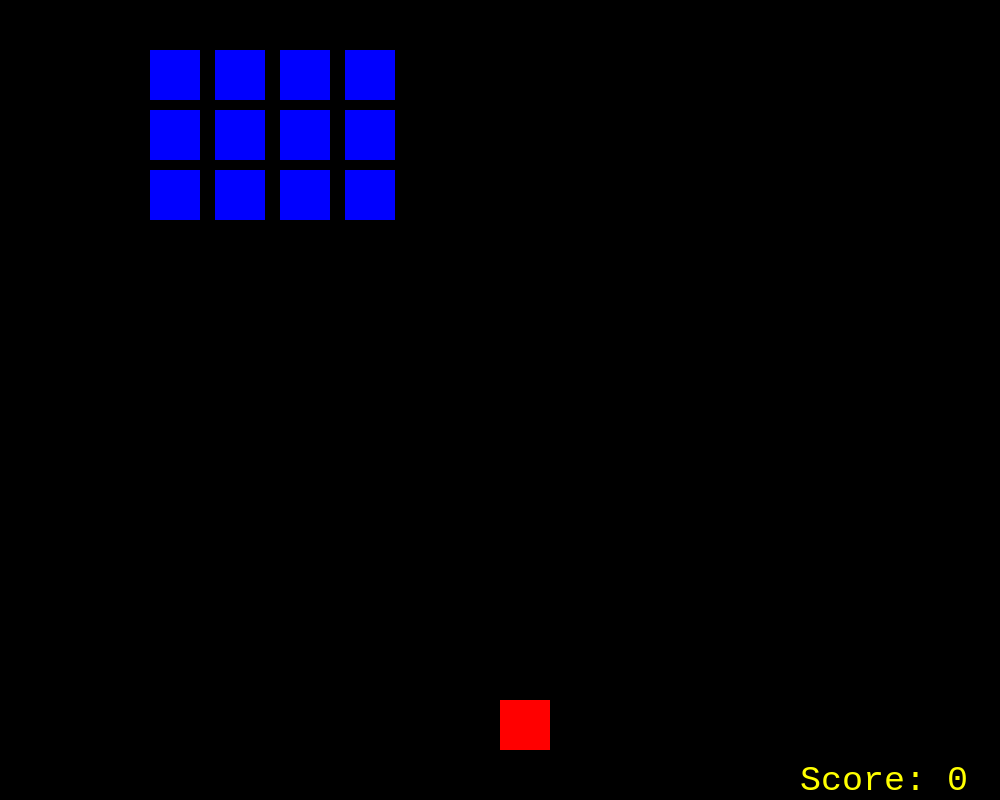
Repository: Igor-Boson/Space-Invaders-Python
Script's output: python main.py
These files come from the project's save history. The script's output is drawn as it stood at one moment and after the next save; the edit follows.
The window is shown after at most 60 frames with no key pressed. A system font it names is replaced by a similar one. Random numbers start from a fixed seed.

Above is the script's output before, as saved 2021-10-23 09:21:53.

### main.py
import sys
import pygame
from game import Game
from screen import Screen
from entity import Player
from handler import Handler

def play_game(handler):
    #initializing
    game.create_alien_matrix()
    game_over = False
    key = 0

    #running
    while not game_over:

        if handler.player.x <= 0:
            key = 0
        if handler.player.x >= (handler.screen.width - handler.player.size):
            key = 0

        #AJEITAR O PLAYER MOVEMENT PRA FICAR MAIS FLUIDO
        for event in pygame.event.get():
            if event.type == pygame.QUIT:
                sys.exit()

            if event.type == pygame.KEYDOWN:
                if event.key == pygame.K_LEFT and player.x > 0:
                    key -= 1
                if event.key == pygame.K_RIGHT and \
                   player.x < (handler.screen.width - handler.player.size):
                    key += 1
                if event.key == pygame.K_SPACE:
                    handler.game.fire()

            if event.type == pygame.KEYUP:
                if event.key == pygame.K_LEFT:
                    key = 0
                if event.key == pygame.K_RIGHT:
                    key  = 0


        game.update(key)
        screen.update_screen()

        # if game.collision_check(player):
        #     game_over = True
        #     break

if __name__ == '__main__':
    pygame.init()

    handler = Handler()

    game = Game(handler)
    screen = Screen(handler)
    player = Player(handler, screen.width/2, screen.height - 100)

    handler.game = game
    handler.screen = screen
    handler.player = player

    play_game(handler)

### game.py
from entity import Player, Shot, Alien

class Game:
    def __init__(self, handler, speed=10, score=0, max_shots=10, alien_matrix_height=3, alien_matrix_width=4):
        self.handler = handler
        self.speed = speed
        self.score = score
        self.max_shots = max_shots
        self.am_height = alien_matrix_height
        self.am_width = alien_matrix_width

        self.alien_list = []
        self.shot_list = []

    def create_alien_matrix(self):
        starting_x_value = 100
        starting_y_value = 50
        x_value_increase = 15 + Alien.ALIEN_SIZE
        y_value_increase = 10 + Alien.ALIEN_SIZE
        for w in range(self.am_width):
            for h in range(self.am_height):
                alien = Alien(self.handler, starting_x_value + x_value_increase*w, starting_y_value + y_value_increase*h)
                self.alien_list.append(alien)

    def update_player_position(self, key):
        self.handler.player.x += self.handler.player.speed*key

    def fire(self):
        if len(self.shot_list) < self.max_shots:
            shot = Shot(self.handler, self.handler.player.x + self.handler.player.size/4, self.handler.player.y)
            self.shot_list.append(shot)

    def update_shot(self):
        for shot in self.shot_list:
            for alien in self.alien_list:
                if shot.detect_collision(alien):
                    shot.health -= 1
                    alien.health -= 1

        new_shot_list = []
        for shot in self.shot_list:
            if shot.y > 0 and shot.health > 0:
                shot.y -= shot.speed
                new_shot_list.append(shot)
        self.shot_list = new_shot_list


    def update_alien(self):
        new_alien_list = []
        for alien in self.alien_list:
            if alien.health > 0:
                alien.move()
                new_alien_list.append(alien)
            else:
                self.score += alien.score_value
        self.alien_list = new_alien_list

    def update(self, key):
        self.update_player_position(key)
        self.update_shot()
        self.update_alien()

    #ainda não ajeitei a enemy_list
    def collision_check(self, player):
        for enemy in self.enemy_list:
            if enemy.detect_collision(player):
                return True
        return False

### entity.py
from color import Color
import pygame

class Entity:
    def __init__(self, handler, x, y, size, color, speed):
        self.handler = handler
        self.x = x
        self.y = y
        self.size = size
        self.color = color
        self.speed = speed
        self.health = 1

    def draw(self, screen):
        pygame.draw.rect(screen, self.color, (self.x, self.y, self.size, self.size))

    def detect_collision(self, other):
        return pygame.Rect(self.x, self.y, self.size, self.size).colliderect(pygame.Rect(other.x, other.y, other.size, other.size))

    # def detect_collision(self, other):
    #     if (other.x >= self.x and other.x < (self.x + self.size)) or (self.x >= other.x and self.x < (other.x + other.size)):
    #         if (other.y >= self.y and other.y < (self.y + self.size)) or (self.y >= other.y and self.y < (other.y + self.size)):
    #             return True
    #     return False

class Player(Entity):
    def __init__(self, handler, x, y):
        super().__init__(handler, x, y, size=50, color=Color.RED, speed=10)

class Shot(Entity):
    def __init__(self, handler, x, y):
        super().__init__(handler, x, y, size=25, color=Color.YELLOW, speed=10)

class Alien(Entity):
    ALIEN_SIZE = 50
    def __init__(self, handler, x, y):
        super().__init__(handler, x, y, size=50, color=Color.BLUE, speed=10)
        self.movement_counter = 0
        self.score_value = 10

    def move(self):
        self.movement_counter += 1
        if self.movement_counter == self.handler.screen.clock_tick:
            self.x += self.size
            self.movement_counter = 0

### color.py
class Color:
    RED = (255,0,0)
    BLUE = (0,0,255)
    YELLOW = (255,255,0)
    BLACK = (0,0,0)

### screen.py
from color import Color
import pygame

class Screen:
    def __init__(self, handler, width=1000, height=800, background_color=Color.BLACK, font_type="monospace", font_size=35, clock_tick=60):
        self.handler = handler
        self.width = width
        self.height = height
        self.background_color = background_color
        self.screen = pygame.display.set_mode((width, height))
        self.font = pygame.font.SysFont(font_type, font_size)
        self.clock = pygame.time.Clock()
        self.clock_tick = clock_tick

    def refresh_background(self):
        self.screen.fill(self.background_color)

    def draw_player(self):
        self.handler.player.draw(self.screen)

    def draw_shots(self):
        for shot in self.handler.game.shot_list:
            shot.draw(self.screen)

    def draw_aliens(self):
        for alien in self.handler.game.alien_list:
            alien.draw(self.screen)

    def draw_score_label(self, color=Color.YELLOW):
        text = f"Score: {self.handler.game.score}"
        label = self.font.render(text, 1, color)
        self.screen.blit(label, (self.width-200, self.height-40))

    def update_screen(self):
        self.refresh_background()
        self.draw_player()
        self.draw_aliens()
        self.draw_shots()
        self.draw_score_label()

        self.clock.tick(self.clock_tick)
        pygame.display.update()

### handler.py
class Handler:
    def __init__(self):
        self.game = None
        self.screen = None
        self.player = None

After the next save:
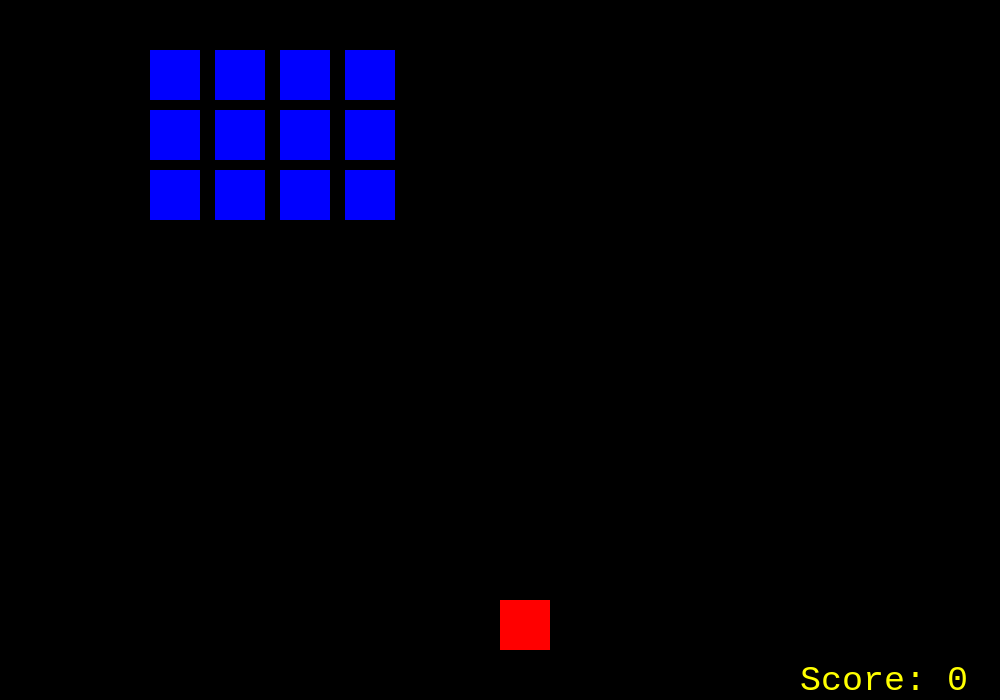
Saved 24 s later.
--- a/screen.py
+++ b/screen.py
@@ -2,7 +2,7 @@ from color import Color
 import pygame
 
 class Screen:
-    def __init__(self, handler, width=1000, height=800, background_color=Color.BLACK, font_type="monospace", font_size=35, clock_tick=60):
+    def __init__(self, handler, width=1000, height=700, background_color=Color.BLACK, font_type="monospace", font_size=35, clock_tick=60):
         self.handler = handler
         self.width = width
         self.height = height
